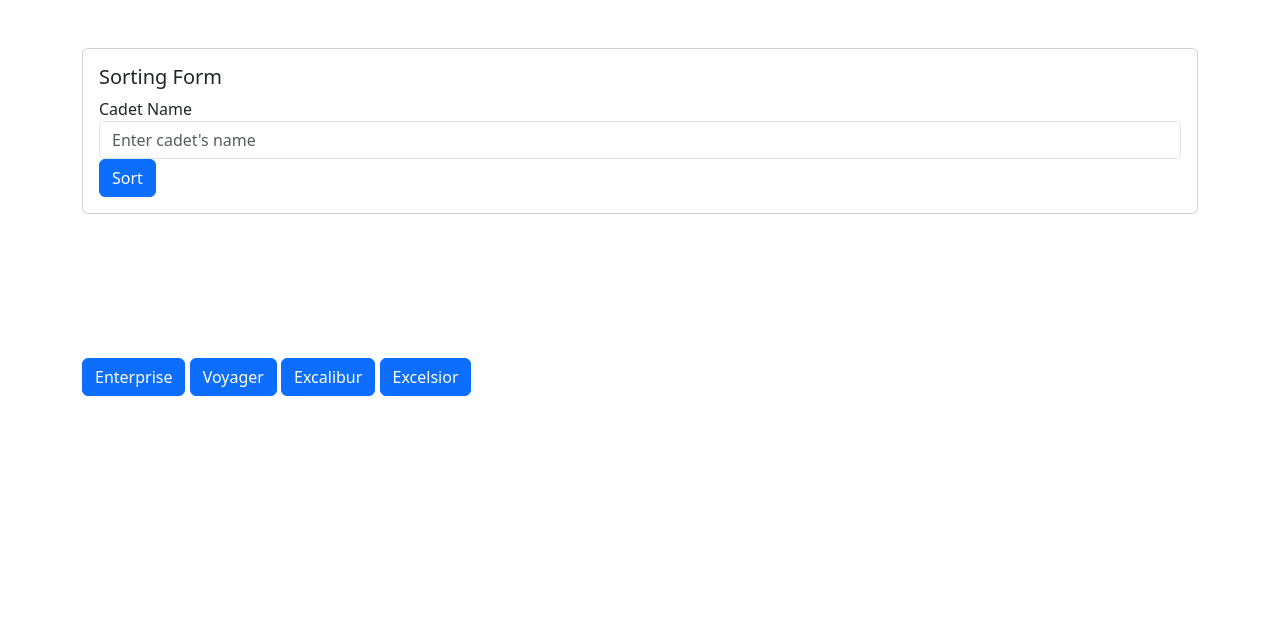
Repository: PaulPatterson48/ASSIGNMENT-StarFleet_academy
Page: index.html
These files come from the project's save history. The page is drawn as it stood at one moment and after the next save; the edit follows.
The browser window is 1280 px wide. The pictures show the whole page.
After loading, the first visible `#startSortingBtn` was clicked once.

Above is the page before, as saved 2023-08-07 02:50:06.

### index.html
<!DOCTYPE html>
<html lang="en">
<head>
  <meta charset="UTF-8">
  <meta name="viewport" content="width=device-width, initial-scale=1.0">
  <title>Star Fleet Academy</title>
  <link href="https://cdn.jsdelivr.net/npm/bootstrap@5.3.0/dist/css/bootstrap.min.css" rel="stylesheet" integrity="sha384-9ndCyUaIbzAi2FUVXJi0CjmCapSmO7SnpJef0486qhLnuZ2cdeRhO02iuK6FUUVM" crossorigin="anonymous">
  <link rel="stylesheet" href="main.css">
</head>
<body>

  <div id="btnRow" class="d-flex justify-content-between mb-3 btnRow"></div>
  <!-- <div class="bg-image" style="background-image: url('https://th.bing.com/th/id/R.4a666b16cf8a15b9687edb5085012589?rik=65TLAWzZC8QAVA&riu=http%3a%2f%2fwallpapercave.com%2fwp%2fBXc1IXP.jpg&ehk=OO5I38xkPYQKTw080NTp%2bOvZ7KtlZJZx3GNhG6icris%3d&risl=&pid=ImgRaw&r=0');"></div> -->

  <div class="container mt-5">
    <div id="sortingHatCard" class="card text-center">
      <div class="card-body">
        <h5 class="card-title">Star Fleet Academy</h5>
        <p class="card-text">Hello I'm your Sorting AI please click the button to begin!</p>
        <button id="startSortingBtn" class="btn btn-primary">Sort Cadet</button>
      </div>
    </div>

    <div id="sortingForm" class="card mt-5 d-none">
      <div class="card-body">
        <h5 class="card-title">Sorting Form</h5>
        <div class="form-group">
          <label for="studentName">Cadet Name</label>
          <input type="text" class="form-control" id="studentName" placeholder="Enter cadet's name">
          <small id="nameError" class="text-danger d-none">Please enter the student's name.</small>
        </div>
        <button id="sortBtn" class="btn btn-primary">Sort</button>
      </div>
    </div>

    <div id="studentsContainer" class="row mt-5">
      <!-- Student cards will be dynamically added here -->
    </div>

    <div id="expelledContainer" class="row mt-5">
      <!-- Expelled student cards will be dynamically added here -->
    </div>

    <div class="mt-5">
      <button id="filterEnterprise" class="btn btn-primary mr-2">Enterprise</button>
      <button id="filterVoyager" class="btn btn-primary mr-2">Voyager</button>
      <button id="filterExcalibur" class="btn btn-primary mr-2">Excalibur</button>
      <button id="filterExcelsior" class="btn btn-primary">Excelsior</button>
    </div>
  </div>
    </div>
      <div id="sortedStudents" class="mt-4"></div>
    <script src="https://cdn.jsdelivr.net/npm/bootstrap@5.1.3/dist/js/bootstrap.bundle.min.js" integrity="sha384-ka7Sk0Gln4gmtz2MlQnikT1wXgYsOg+OMhuP+IlRH9sENBO0LRn5q+8nbTov4+1p" crossorigin="anonymous"></script>
    <script src="main.js"></script>
  </div>

</body>
</html>

### main.css
div card{
  justify-content: center;
}

### main.js
const starship = [
  {
    id:1,
    title: "Enterprise",
    imageUrl: "/images/EnterpriseA.png",
    shipClass: "Constitution-class",
    message:"Congrats, you're on the Enterprise!",
    cadet: "",
    onboard: true
  },
  {
    id: 2,
    title:"Voyager",
    imageUrl: "/images/Voyager.png",
    shipClass: "Intrepid-class",
    message:"Congrats, you're on the Voyager" ,
    cadet: "",
    onboard: true
  },
  {
    id: 3,
    title: "Excalibur",
    imageUrl: "/images/USSExcalibur.png",
    shipClass: "Ambassador-class",
    message:"Congrats, you're Excalibur"  ,
    cadet: "",
    onboard: true
  },
  {
    id: 4,
    title: "Excelsior",
    imageUrl: "/images/USSExcelsior.png",
    shipClass: "Excelsior-class",
    message:"Congrats, you're on Excelsior!" ,
    cadet: "",
    onboard: true
  },

];
const expelShip = [
  {
    id:5,
    title: "Birdofprey",
    imageUrl: "/Users/paulpatterson/workspace/foundations/inclass/ASSIGNMENT-StarFleet-Academy/images//image/KlingonBirdOfPrey.png",
    shipClass: "B'rel-class",
    message:"Today is a good day to die",
    cadet: "",
    onboard: false
  }
]
// Data structure to hold students and their houses
const students = [];
const expelledCadet = [];


// Function to render students and expelled students
function renderToDom(containerId, data) {
  const container = document.getElementById(containerId);
  data.innerHTML = '';
  data.forEach((item) => {
    const card = `
      <div class="col-md-3 mb-4">
        <div class="card">
          <div class="card-body">
            <img src="${item.image}" class="car-img-top"></img>
            <h5 class="card-title">Cadet: ${item.name}</h5>
            <p class="card-text">Ship: ${item.ship}</p>
            <p class="card-text">Message: ${item.message}</p>
            ${item.isExpelled ? '<button class="btn btn-danger btn-sm btn-expel">Expel</button>' : '<button class="btn btn-danger btn-sm btn-expel">Expel</button>'}
          </div>
        </div>
      </div>
    `;
    container.innerHTML += card;
  });
}

function startSorting() {
  document.getElementById('sortingHatCard').classList.add('d-none');
  document.getElementById('sortingForm').classList.remove('d-none');
}

function shuffleShips() {
  return selection = starship[Math.floor(Math.random() * starship.length)]

// Function to filter the array

}
// Function to sort a student
function sortStudent(e) {
  e.preventDefault();
  const studentName = document.getElementById('studentName').value;
  const ships = shuffleShips();
  const randomShip= selection[1];

  if (studentName === '') {
    nameError.classList.remove('d-none');
    return;
  }

  // Add the student to the array of sorted students
  students.push({ name: studentName, ship: ships.title, message: ships.message, image: ships.imageUrl, isExpelled: false });
  document.getElementById('sortingForm').classList.add('d-none');
  renderToDom('studentsContainer', students);

}
//Get the value of the expelled student
// const btn = document.getElementById('submit');
// btn.addEventListener('click', func)

// function func(){
//   console.log(document.getElementById("number").value)
// }
//Function to expel a student
function expelStudent(){
  const studentCard = document.querySelector('.student-card')
  const expelledCard= document.querySelector('.expelled-card')

  if (expelledCard){
    const expelledStudentCard = studentCard.cloneNode(true)
    studentCard.parentNode.removeChild(studentCard)

    expelledCard.appendChildId(expelledCard)
  }else{
    return("No expelled Cadets");
  }
}



// Filter students by house
function filterShip(ship) {
  const filteredStudents = students.filter((student) => student.ship === ship);
  renderToDom('studentsContainer', filteredStudents);
}

// Event listeners
document.getElementById('startSortingBtn').addEventListener('click', startSorting);
document.getElementById('sortBtn').addEventListener('click', sortStudent);
document.getElementById('studentsContainer').addEventListener('click', function (e) {
  if (e.target.classList.contains('btn-expel')) {
    const studentIndex = e.target.closest('.col-md-3').dataset.index;
    expelStudent(studentIndex);
  }
});
document.getElementById('filterEnterprise').addEventListener('click', () => filterShip('Enterprise'));
document.getElementById('filterVoyager').addEventListener('click', () => filterShip('Voyager'));
document.getElementById('filterExcalibur').addEventListener('click', () => filterShip('Excalibur'));
document.getElementById('filterExcelsior').addEventListener('click', () => filterStudentsByHouse('Excelsior'));

const startApp = () => {
document.querySelector
};
startApp();

After the next save:
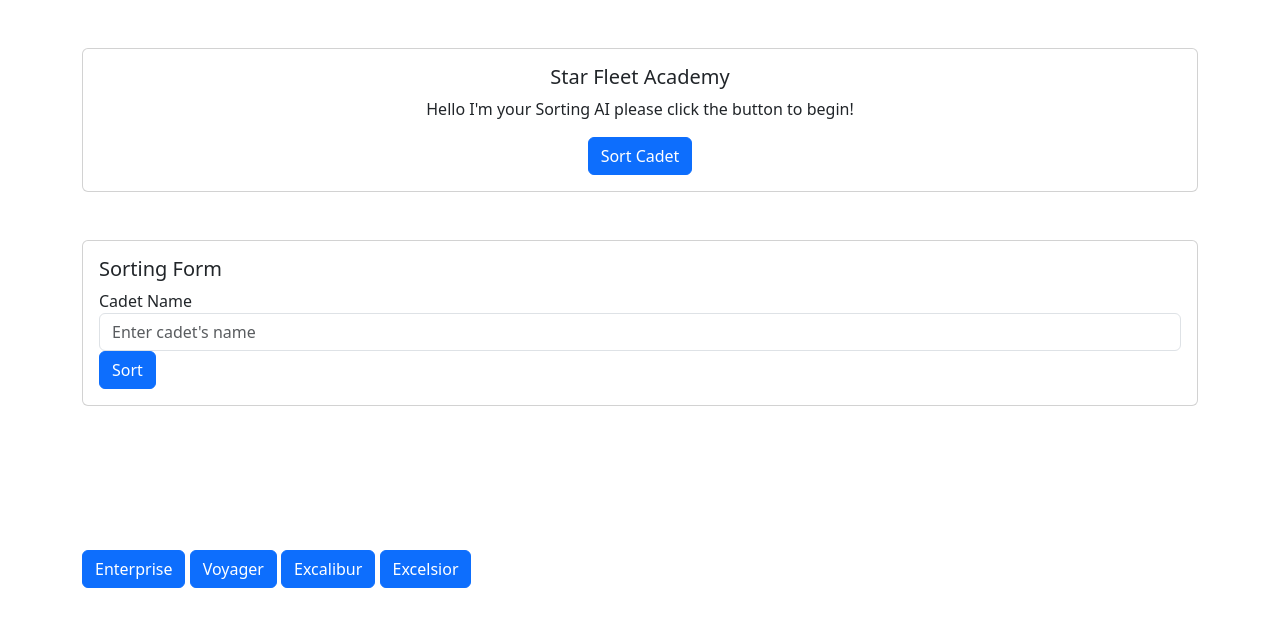
Saved 4 min 39 s later.
--- a/main.js
+++ b/main.js
@@ -76,7 +76,7 @@
 }
 
 function startSorting() {
-  document.getElementById('sortingHatCard').classList.add('d-none');
+  document.getElementById('sortingHatCard').classList.add('containerId','text-center', 'mb-3');
   document.getElementById('sortingForm').classList.remove('d-none');
 }
 
